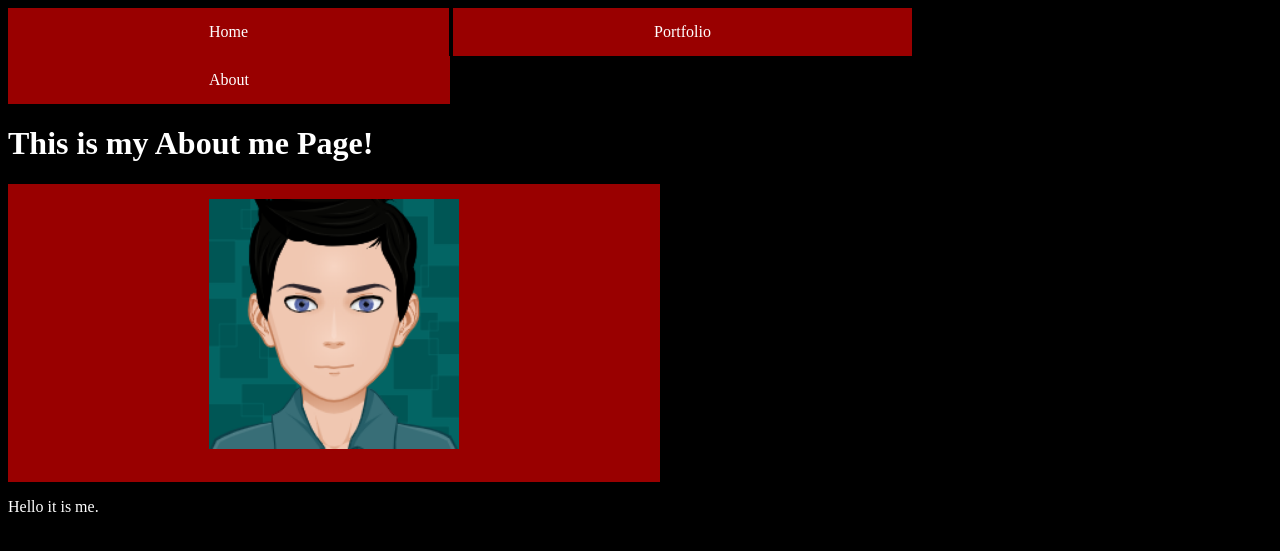
Repository: ralcocer1890/ralcocer1890.github.io
Page: my_website/about.html
The author's editor kept a record of every edit. The page is drawn from the files as they stood at one moment, then again after the next edit.
The browser window is 1280 px wide. The pictures show the whole page.

Above is the page before.

After the next edit:
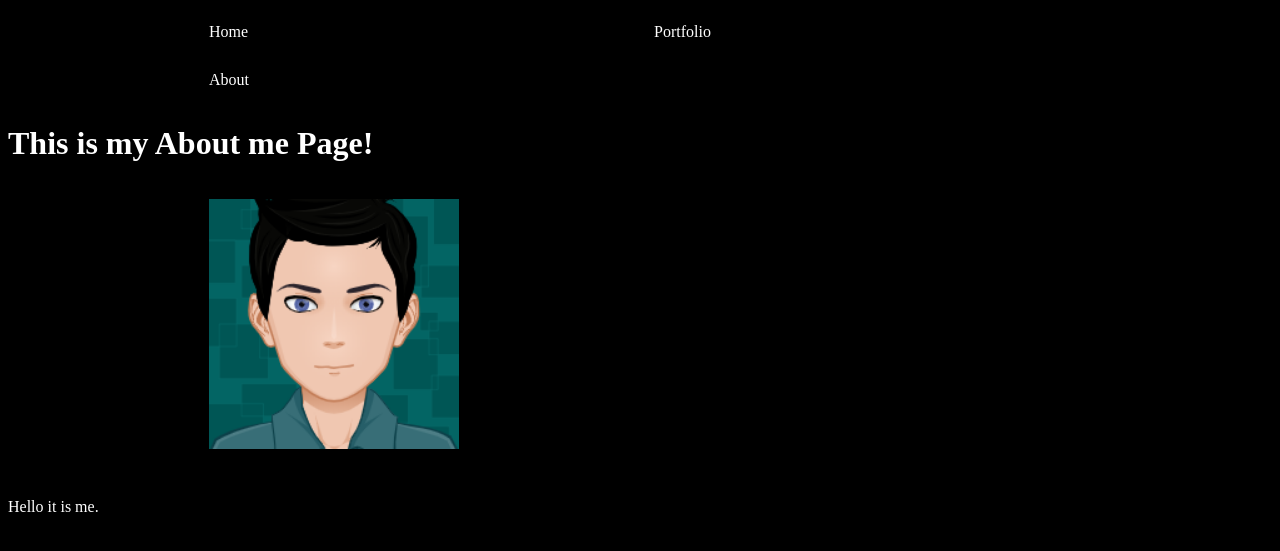
The edit:
--- a/my_website/about.html
+++ b/my_website/about.html
@@ -21,7 +21,7 @@
 {
      <style>
 a:link, a:visited {
-  background-color: #990000;
+  background-color: black;
   color: white;
   padding: 15px 201px;
   text-align: center;

After the 4 edits that followed:
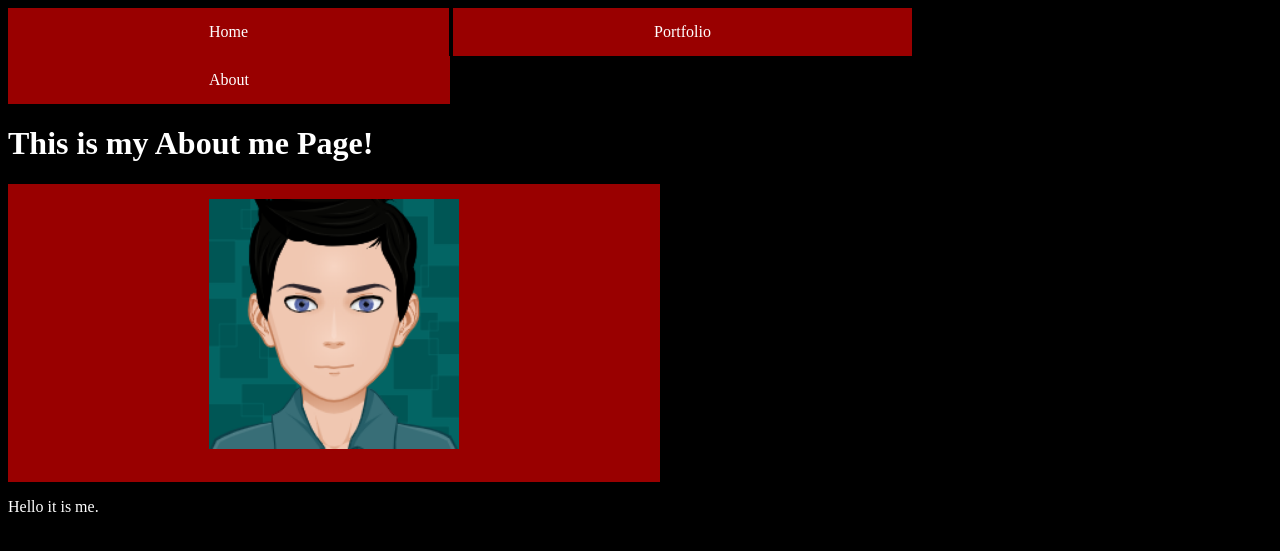
The 4 edits are shown as one change because 3 left the picture as it was.
The edit:
--- a/my_website/about.html
+++ b/my_website/about.html
@@ -9,7 +9,7 @@
     <a href="portfolio.html">Portfolio</a>
 <a href="about.html">About</a>
     <h1>This is my About me Page!</h1>
-     <a href=hidden.html target="_blank">
+     <a href=hidden.html>
             <img src="images/myAvatar.png" height="250" width="250"><br>
         </a>
     <p>Hello it is me.</p>
@@ -21,7 +21,7 @@
 {
      <style>
 a:link, a:visited {
-  background-color: black;
+  background-color: #990000;
   color: white;
   padding: 15px 201px;
   text-align: center;
@@ -29,9 +29,6 @@
   display: inline-block;
 }
 
-a:hover, a:active {
-  background-color: black;
-}
 
 img {
   display: block;
